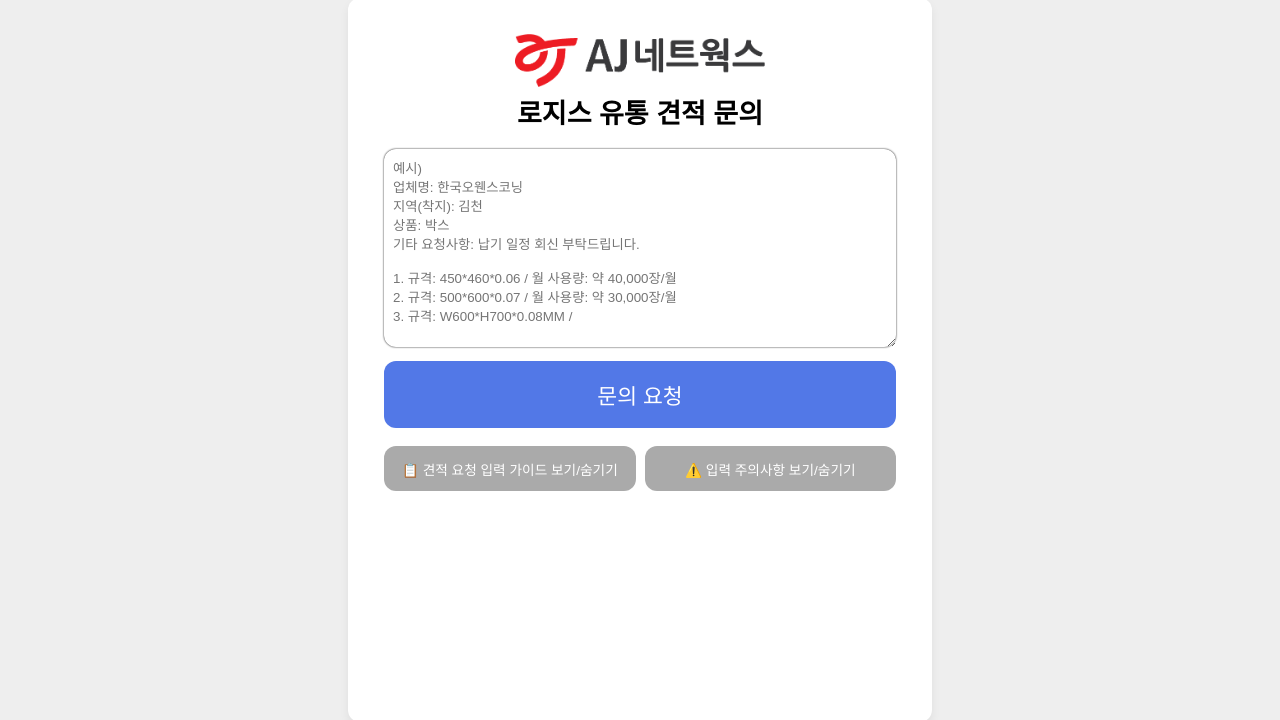
Repository: deul428/logis_test
Page: index.html
An editor plug-in stored every save of this project. The page is shown before and after a run of saves, followed by the edit.
The browser window is 1280 px wide. The pictures show the whole page.
Some web fonts or font styles are not loaded; a fallback is used.

Above is the page before, as saved 2025-09-17 11:00:20.

After the next 2 saves:
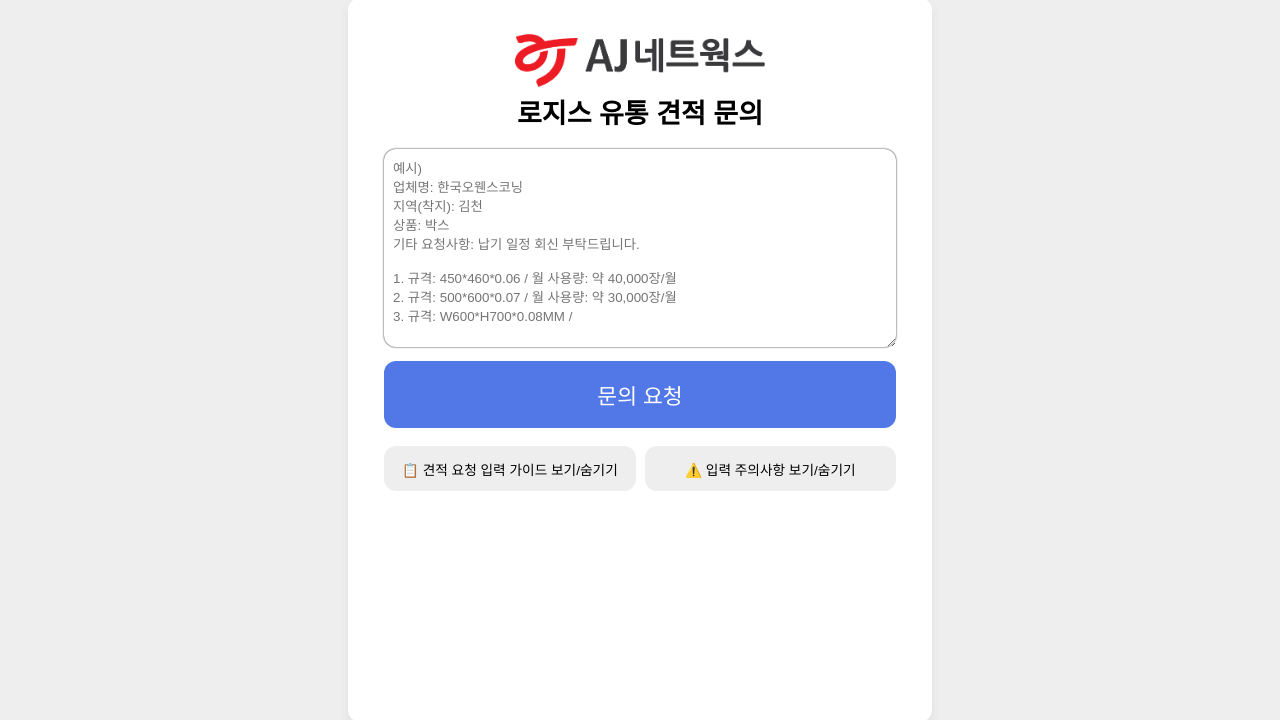
The 2 saves are shown as one change because they came seconds apart.
The last was saved 33 s later.
--- a/styles/common.css
+++ b/styles/common.css
@@ -90,8 +90,7 @@
   font-size: 0.8rem;
   margin: 0 auto;
   display: inline-block;
-  color: white;
-  background: #aaa;
+  background: #eee;
 }
 #desc_area > div:first-child {
   margin-right: 0.25rem;
